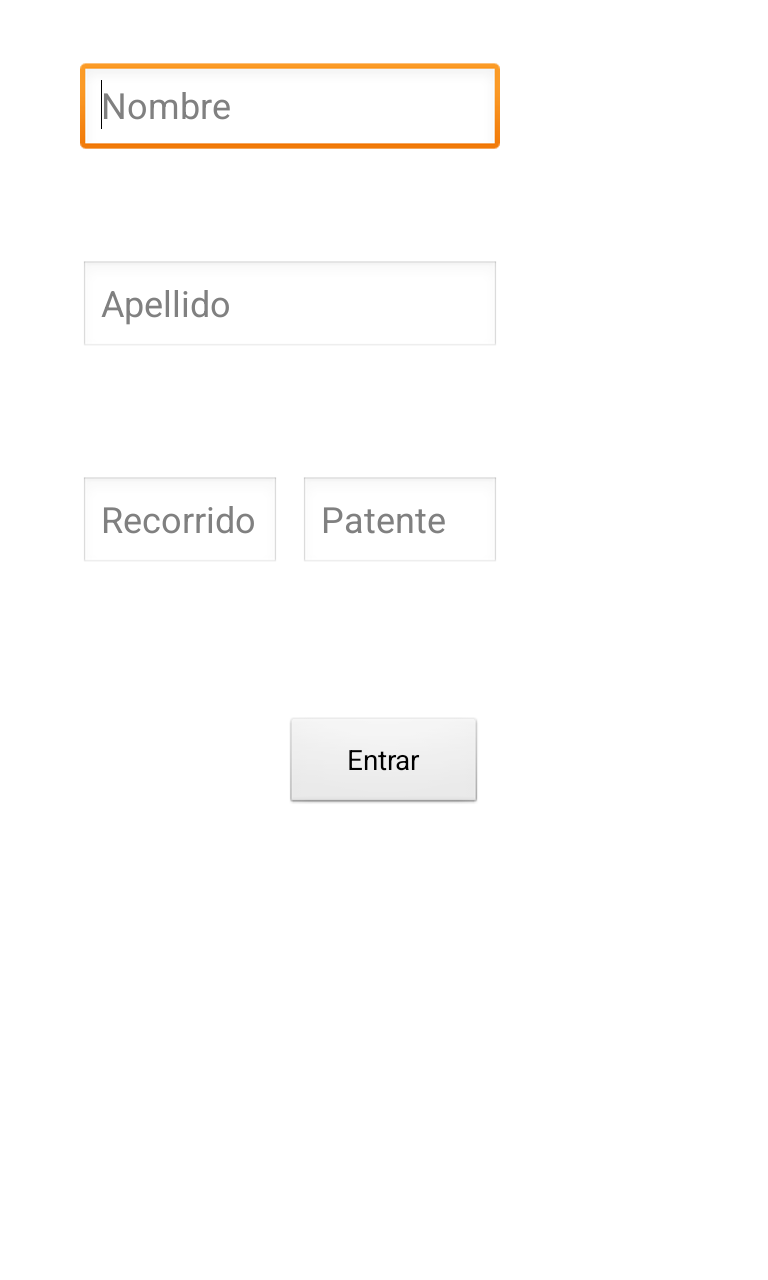
Repository: ajvaleng/AppRecoleccion
Layout: Recolectapp/res/layout/activity_configuracion.xml
The author's editor kept a copy of each file at every save. The layout is drawn from the files as they stood at one save, then again after the next save.
It is drawn on a 768 x 1280 px phone screen (xhdpi) without system bars, with theme AppTheme; the app's code is not run.

Above is the layout before, as saved 2013-04-12 14:07:16.

After the next save:
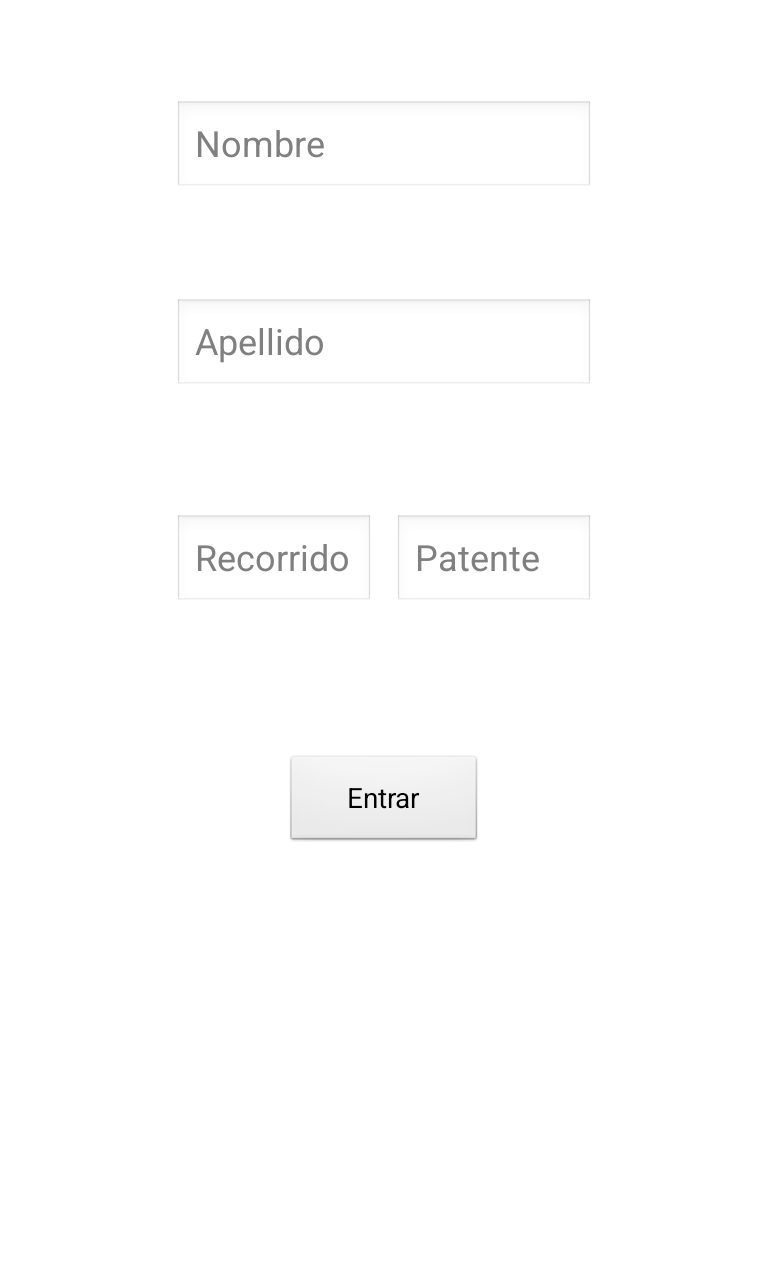
Saved 18 min 53 s later.
--- a/Recolectapp/res/layout/activity_configuracion.xml
+++ b/Recolectapp/res/layout/activity_configuracion.xml
@@ -7,20 +7,6 @@
     android:paddingRight="@dimen/activity_horizontal_margin"
     android:paddingTop="@dimen/activity_vertical_margin"
     tools:context=".MainActivity" >
-
-    <EditText
-        android:id="@+id/tbNombre"
-        android:layout_width="wrap_content"
-        android:layout_height="wrap_content"
-        android:layout_alignParentLeft="true"
-        android:layout_alignParentTop="true"
-        android:layout_marginLeft="24dp"
-        android:layout_marginTop="15dp"
-        android:ems="10"
-        android:hint="Nombre" >
-
-        <requestFocus />
-    </EditText>
 
     <EditText
         android:id="@+id/tbApellido"
@@ -61,4 +47,14 @@
         android:layout_marginTop="72dp"
         android:text="Entrar" />
 
+    <EditText
+        android:id="@+id/tbNombre"
+        android:layout_width="wrap_content"
+        android:layout_height="wrap_content"
+        android:layout_alignParentTop="true"
+        android:layout_centerHorizontal="true"
+        android:layout_marginTop="34dp"
+        android:ems="10"
+        android:hint="Nombre" />
+
 </RelativeLayout>
